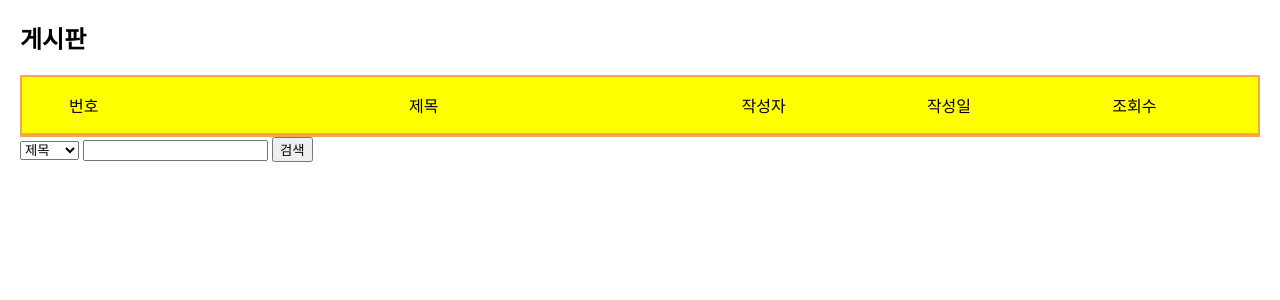
Repository: anydevil0812/board_subject
Page: http://localhost/board/main.jsp
These files come from the project's save history. The page is drawn as it stood at one moment and after the next save; the edit follows.
The browser window is 1280 px wide. The pictures show the whole page.
The page is served by Tomcat 9.

Above is the page before, as saved 2024-10-25 04:56:53.

After the next save:
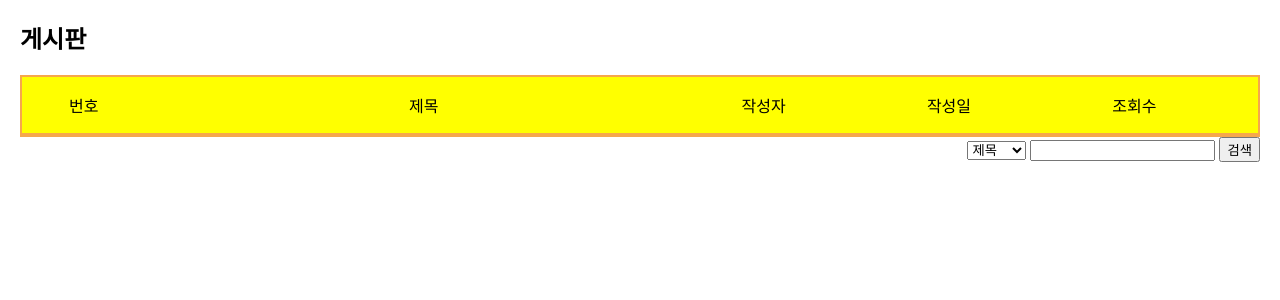
Saved 68 s later.
--- a/board/src/main/webapp/css/1.css
+++ b/board/src/main/webapp/css/1.css
@@ -50,7 +50,5 @@ body {
 }
 
 .form-container {
-    display: inline-block;
-    align-items: center;
-    margin: 0 auto;
+    float: right;
 }
